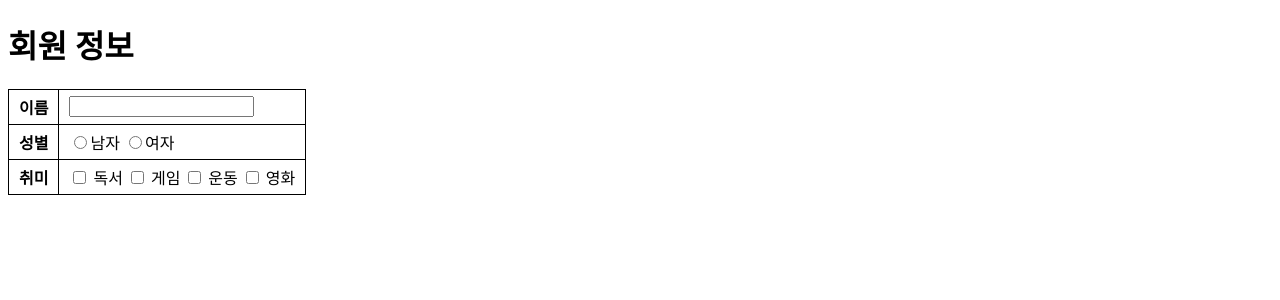
Repository: ZicoPark/Lost-Dev
Page: http://localhost/03_request/
An editor plug-in stored every save of this project. The page is shown before and after the next save, followed by the edit.
The browser window is 1280 px wide. The pictures show the whole page.
The page is served by Tomcat 9.

Above is the page before, as saved 2023-02-20 03:12:23.

### JSP/03_request/WebContent/index.jsp
<%@ page language="java" contentType="text/html; charset=UTF-8"
    pageEncoding="UTF-8"%>
<!DOCTYPE html>
<html>
<head>
<meta charset="UTF-8">
<title>Insert title here</title>
<style>
	table, th, td{
		border : 1px solid black;
		border-collapse: collapse;
	}
	th,td{
		padding : 5px 10px;
	}

</style>
</head>
<body>
	<h1>회원 정보</h1>
	<form action = ""  method="get">
	<table>
		<tr>
			<th>이름</th>
			<td><input type = "text" name="userName"/></td>
		</tr>
		<tr>
			<th>성별</th>
			<td>
				<input type = "radio" name="gender" value="남자"/>남자
				<input type = "radio" name="gender" value="여자"/>여자
			</td>
		</tr>
		<tr>
			<th>취미</th>
			<td>
				<input type = "checkbox" name="hobby" value="독서"/> 독서
				<input type = "checkbox" name="hobby" value="게임"/> 게임
				<input type = "checkbox" name="hobby" value="운동"/> 운동
				<input type = "checkbox" name="hobby" value="영화"/> 영화
			</td>
		</tr>
	</table>
	</form>
</body>
</html>

After the next save:
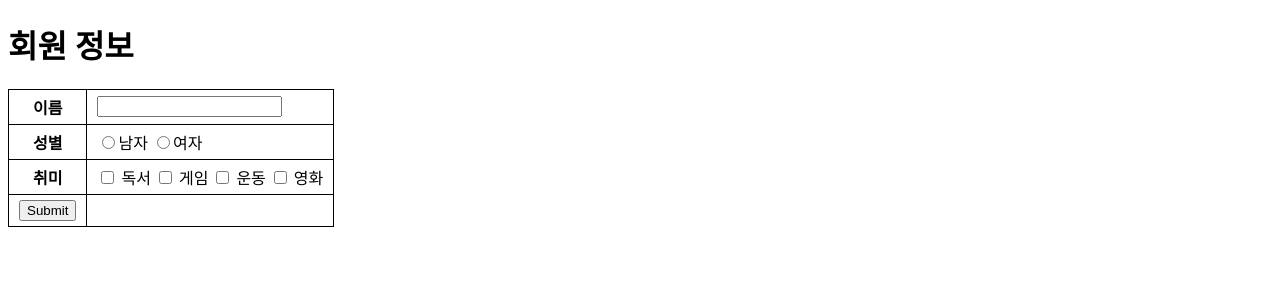
Saved 101 s later.
--- a/JSP/03_request/WebContent/index.jsp
+++ b/JSP/03_request/WebContent/index.jsp
@@ -40,6 +40,11 @@
 				<input type = "checkbox" name="hobby" value="영화"/> 영화
 			</td>
 		</tr>
+		<tr>
+			<th>
+				<input type = "submit"/>
+			</th>
+		</tr>
 	</table>
 	</form>
 </body>
